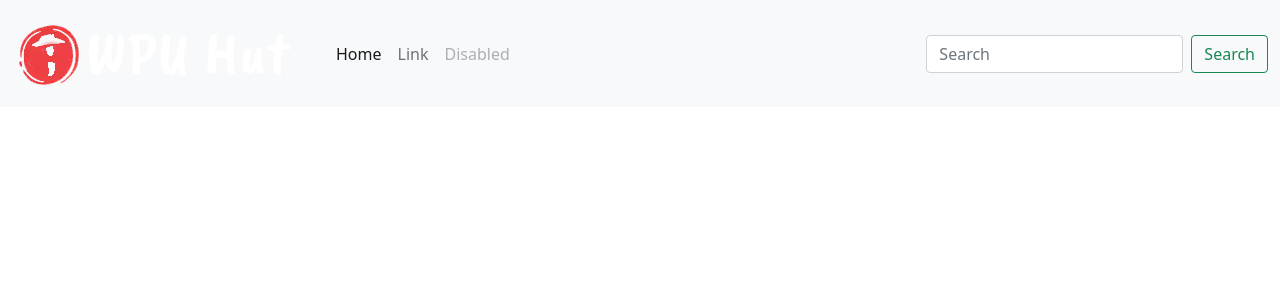
Repository: bayukembara/RESTAPI
Page: http://localhost/latihan1.php
The author's editor kept a copy of each file at every save. The page is drawn from the files as they stood at one save, then again after the next save.
The browser window is 1280 px wide. The pictures show the whole page.
Some web libraries are served in a nearby version. The page is run by PHP 8.4 with error messages shown; the project is at /var/www/html/.

Above is the page before, as saved 2022-04-29 12:51:01.

After the next save:
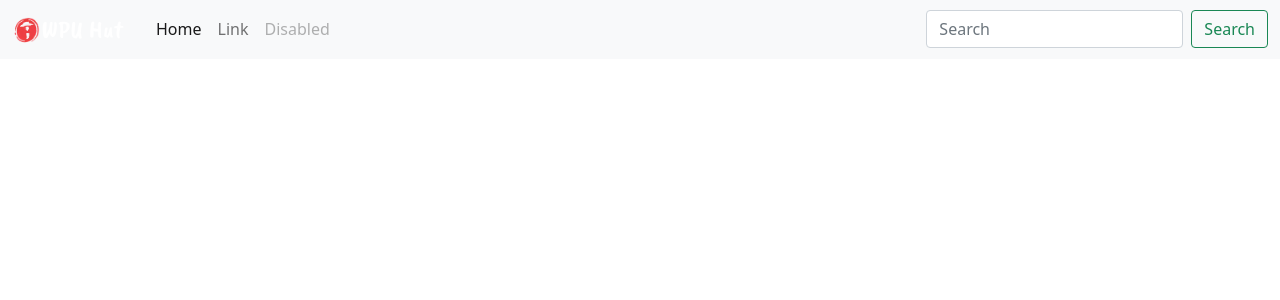
Saved 3 min 39 s later.
--- a/latihan1.php
+++ b/latihan1.php
@@ -14,7 +14,7 @@
     <!-- Navbar -->
     <nav class="navbar navbar-expand-lg navbar-light bg-light">
   <div class="container-fluid">
-    <a class="navbar-brand" href="#"><img src="data\logo.png" alt=""></a>
+    <a class="navbar-brand" href="#"><img src="data\logo.png" alt="" width="120px"></a>
     <button class="navbar-toggler" type="button" data-bs-toggle="collapse" data-bs-target="#navbarSupportedContent" aria-controls="navbarSupportedContent" aria-expanded="false" aria-label="Toggle navigation">
       <span class="navbar-toggler-icon"></span>
     </button>
